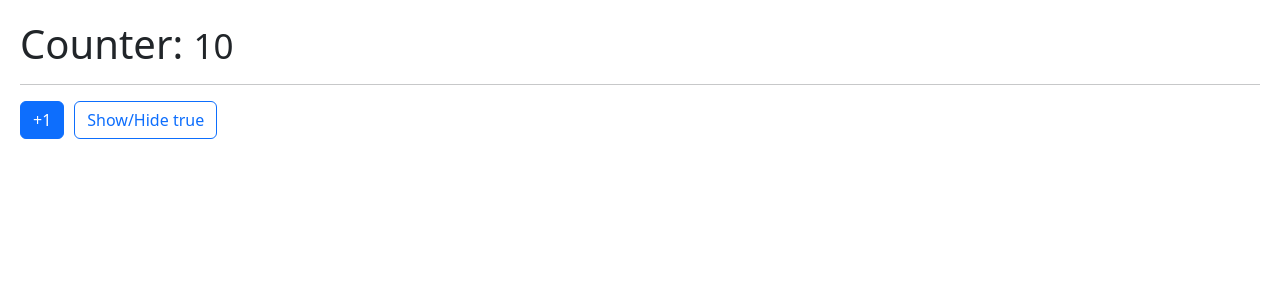
Repository: bryanesteban/hooks-App
Page: /
An editor plug-in stored every save of this project. The page is shown before and after the next save, followed by the edit.
The browser window is 1280 px wide. The pictures show the whole page.
The project was rebuilt for these pictures with package versions that can differ from the ones it lists, and the page was loaded fresh each time. Also part of the build but not shown: vite.config.js, src/HooksApp.jsx, src/01-useState/CounterApp.jsx, src/01-useState/CounterWithCustomHook.jsx, src/02-useEffect/Message.jsx, src/02-useEffect/SimpleForm.jsx, src/hooks/useForm.js, src/02-useEffect/FormWithCustomHook.jsx and 7 more.

Above is the page before, as saved 2024-08-09 06:56:34.

After the next save:
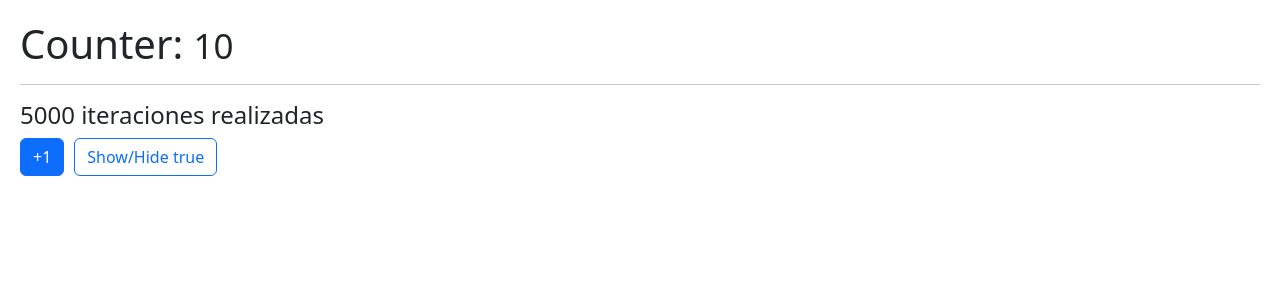
Saved 21 s later.
--- a/src/06-memos/MemoHook.jsx
+++ b/src/06-memos/MemoHook.jsx
@@ -20,6 +20,8 @@
             <h1> Counter:  <Small value={counter}/> </h1>
             <hr/>
 
+        <h4>{heaveStuff(5000)}</h4>
+
 
         <button
             className="btn btn-primary"
